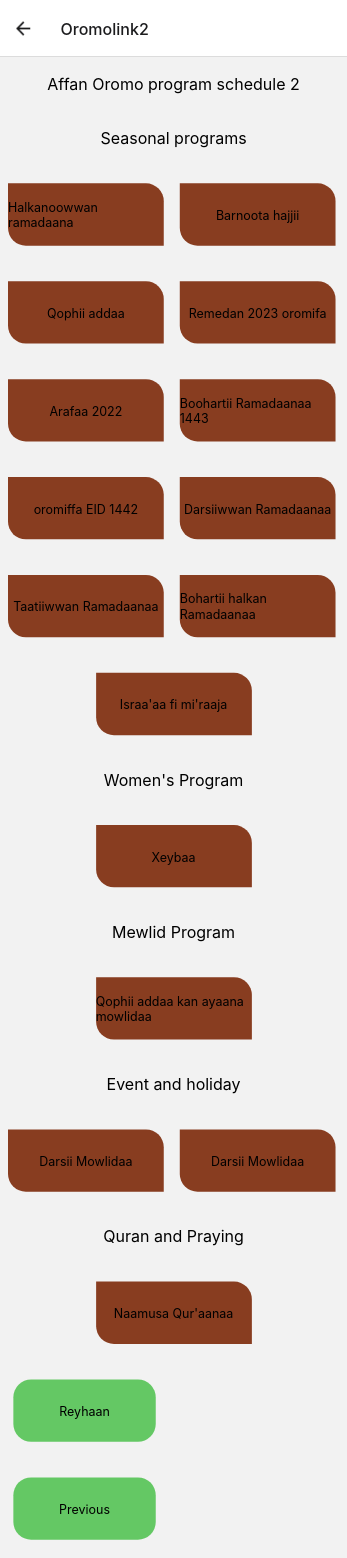
Repository: abdurehmanali611/Assunah_TV
Screen: /Oromolink2
The author's editor kept a copy of each file at every save. The screen is drawn from the files as they stood at one save, then again after the next save.
The pictures are shown at 89% of full size.
The app was drawn by React Native's web renderer in a window 390 px wide. The project was rebuilt for these pictures with package versions that can differ from the ones it lists, and the page was loaded fresh each time. Also part of the build but not shown: Components/Login.js, Components/SignUp.js, Constants/Home.js, Constants/AboutUs.js, Constants/Contacts.js, Constants/AssunahFolder.js, Constants/AssunahKids.js, Constants/AdditionalExtra.js and 28 more.

Above is the screen before, as saved 2023-12-25 11:44:37.

### App.js
import { createStackNavigator } from "@react-navigation/stack";
import { NavigationContainer } from "@react-navigation/native";

import Login from "./Components/Login";
import SignUp from "./Components/SignUp";
import Home from "./Constants/Home";
import AboutUs from "./Constants/AboutUs";
import Contacts from "./Constants/Contacts";
import AssunahFolder from "./Constants/AssunahFolder";
import AssunahKids from "./Constants/AssunahKids";
import AdditionalExtra from "./Constants/AdditionalExtra";
import Qiratcenter from "./Constants/Qiratcenter";
import AmharicPrograms from './Programs/AmharicPrograms'
import ArabicPrograms from './Programs/ArabicPrograms'
import AffanOromo from './Programs/AffanOromo'
import Afar from './Programs/Afar'
import Ethio_Somali from './Programs/Ethio_Somali'
import Gumuz from './Programs/Gumuz'
import Hadere from './Programs/Hadere'
import Halaba from './Programs/Halaba'
import Tigrigna from './Programs/Tigrigna'
import LoginQirat from "./Assunah_Qirat_Center/LoginQirat";
import LoginQirat2 from "./Assunah_Qirat_Center/LoginQirat2";
import Logged from "./Assunah_Qirat_Center/Logged";
import Afarlink from "./Program_Links/Afarlink";
import AffanOromolink from "./Program_Links/AffanOromolink";
import Amhariclink from "./Program_Links/Amhariclink";
import Arabiclink from "./Program_Links/Arabiclink";
import EthioSomalilink from "./Program_Links/EthioSomalilink";
import Gumuzlink from "./Program_Links/Gumuzlink";
import Haderelink from "./Program_Links/Haderelink";
import Halabalink from "./Program_Links/Halabalink";
import Tigraylink from "./Program_Links/Tigraylink";
import Support from "./Additional/Support";
import Help from "./Additional/Help";
import Rate from "./Additional/Rate";
import Amhariclink_2 from "./Program_Links/Amhariclink_2";
import Amhariclink_3 from "./Program_Links/Amhariclink_3";
import Amhariclink_4 from "./Program_Links/Amhariclink_4";
import Amhariclink_5 from "./Program_Links/Amhariclink_5";
import AffanOromolink_2 from "./Program_Links/AffanOromolink_2";

const stack = createStackNavigator();

const App = () => {

  return (
    <NavigationContainer>
      <stack.Navigator initialRouteName="Arabiclink" >
         <stack.Screen name="Log" component={Login}/>
         <stack.Screen name="Sign" component={SignUp}/>
         <stack.Screen name="Home" component={Home}/>
         <stack.Screen name="Qirat" component={Qiratcenter}/>
         <stack.Screen name="About" component={AboutUs}/>
         <stack.Screen name="Contact" component={Contacts}/>
         <stack.Screen name="Assunah" component={AssunahFolder}/>
         <stack.Screen name="Kids" component={AssunahKids}/>
         <stack.Screen name="Extra" component={AdditionalExtra}/>
         <stack.Screen name="Amharic" component={AmharicPrograms}/>
         <stack.Screen name="Arabic" component={ArabicPrograms}/>
         <stack.Screen name="Oromo" component={AffanOromo}/>
         <stack.Screen name="Afar" component={Afar}/>
         <stack.Screen name="Somali" component={Ethio_Somali}/>
         <stack.Screen name="Gumuz" component={Gumuz}/>
         <stack.Screen name="Hadere" component={Hadere}/>
         <stack.Screen name="Halaba" component={Halaba}/>
         <stack.Screen name="Tigray" component={Tigrigna}/>
         <stack.Screen name="Login" component={LoginQirat}/>
         <stack.Screen name="Login2" component={LoginQirat2}/>
         <stack.Screen name="Logged" component={Logged}/>
         <stack.Screen name="Afarlink" component={Afarlink}/>
         <stack.Screen name="Oromolink" component={AffanOromolink}/>
         <stack.Screen name="Oromolink2" component={AffanOromolink_2}/>
         <stack.Screen name="Amhariclink" component={Amhariclink}/>
         <stack.Screen name="Amhariclink2" component={Amhariclink_2}/>
         <stack.Screen name="Amhariclink3" component={Amhariclink_3}/>
         <stack.Screen name="Amhariclink4" component={Amhariclink_4}/>
         <stack.Screen name="Amhariclink5" component={Amhariclink_5}/>
         <stack.Screen name="Arabiclink" component={Arabiclink}/>
         <stack.Screen name="EthioSomalilink" component={EthioSomalilink}/>
         <stack.Screen name="Gumuzlink" component={Gumuzlink}/>
         <stack.Screen name="Haderelink" component={Haderelink}/>
         <stack.Screen name="Halabalink" component={Halabalink}/>
         <stack.Screen name="Tigraylink" component={Tigraylink}/>
         <stack.Screen name="support" component={Support}/>
         <stack.Screen name="help" component={Help}/>
         <stack.Screen name="rate" component={Rate}/>
      </stack.Navigator>
    </NavigationContainer>

  )
};

export default App;

### Program_Links/Arabiclink.js
import React from "react";
import { Linking, TouchableOpacity } from "react-native";
import { StyleSheet } from "react-native";
import { Text } from "react-native";
import { ScrollView } from "react-native";
import { View } from "react-native";

const Arabiclink = ({navigation}) => {

    return <ScrollView>
        <View>
            <Text style = {{fontSize: 19, textAlign: 'center', marginVertical: 20}}>Arabic program schedules</Text>
            <View>
                <Text style = {{fontSize: 19, textAlign: 'center', marginVertical: 20}}>Education</Text>
                <View style = {{display: 'flex', flexDirection: 'row'}}>
                    <TouchableOpacity
                    onPress={() => Linking.openURL('https://www.youtube.com/watch?v=wwrE4c35KCw&list=PLZaq281_mc41jHGAS6xVizSDBtxUEex4w&pp=iAQB')}
                    style = {styles.arabictouch}
                    >
                        <Text>nefaisul muhadera</Text>
                    </TouchableOpacity>
                    <TouchableOpacity
                    onPress={() => Linking.openURL('https://www.youtube.com/watch?v=B_a8F6-2AlI&list=PLZaq281_mc40Sw8Axrq3sesMrpl56hku8&pp=iAQB')}
                    style = {styles.arabictouch}
                    >
                        <Text>idahul meram</Text>
                    </TouchableOpacity>
                </View>
                <View style = {{display: 'flex', flexDirection: 'row'}}>
                    <TouchableOpacity
                    onPress={() => Linking.openURL('https://www.youtube.com/watch?v=GRt5Um3qquw&list=PLZaq281_mc42bRinnXHXSk_bedyyT9PK3&pp=iAQB')}
                    style = {styles.arabictouch}
                    >
                        <Text>al arbeune annewewiyah</Text>
                    </TouchableOpacity>
                    <TouchableOpacity
                    onPress={() => Linking.openURL('https://www.youtube.com/watch?v=FXLMJof53DY&list=PLZaq281_mc43y3T7NP9Q2dZYDFX58Yf-v&pp=iAQB')}
                    style = {styles.arabictouch}
                    >
                        <Text>al burhanul muayed</Text>
                    </TouchableOpacity>
                </View>
                <View style = {{alignItems: 'center'}}>
                    <TouchableOpacity
                    onPress={() => Linking.openURL('https://www.youtube.com/watch?v=YJot9l6jVXo&list=PLZaq281_mc41dQzAuywvX016Tb7Vmct2k&pp=iAQB')}
                    style = {styles.arabictouch}
                    >
                        <Text>nuzhatu attalibin</Text>
                    </TouchableOpacity>
                </View>
            </View>
            <View>
                <Text style = {{fontSize: 19, textAlign: 'center', marginVertical: 20}}>Timely Educations</Text>
                <View style = {{display: 'flex', flexDirection: 'row'}}>
                    <TouchableOpacity
                    onPress={() => Linking.openURL('https://www.youtube.com/watch?v=1FA6FvTgz3A&list=PLZaq281_mc42sotOmsQvvGi46o7zL-WkX&pp=iAQB')}
                    style = {styles.arabictouch}
                    >
                        <Text>nefehatul imaniyah</Text>
                    </TouchableOpacity>
                    <TouchableOpacity
                    onPress={() => Linking.openURL('https://www.youtube.com/watch?v=EEj6cACcXCU&list=PLZaq281_mc40kkMJb5N6C5Ie-rccAqn83&pp=iAQB')}
                    style = {styles.arabictouch}
                    >
                        <Text>Durus we muhaderat</Text>
                    </TouchableOpacity>
                </View>
                <View style = {{alignItems: 'center'}}>
                    <TouchableOpacity
                    onPress={() => Linking.openURL('https://www.youtube.com/watch?v=LcLmztuP1bM&list=PLZaq281_mc425D55WMKcv7PnXeKzDfSMY&pp=iAQB')}
                    style = {styles.arabictouch}
                    >
                        <Text>sheikh walid assemamiah</Text>
                    </TouchableOpacity>
                </View>
            </View>
            <View style = {{display: 'flex'}}>
                    <TouchableOpacity
                    onPress={() => navigation.navigate('Arabic')}
                    style = {styles.arabicnext}
                    >
                        <Text>Previous</Text>
                    </TouchableOpacity>
                </View>
        </View>
    </ScrollView>

}

const randomRGB = () => {

    const red = Math.floor(Math.random() * 256)
    const green = Math.floor(Math.random() * 256)
    const blue = Math.floor(Math.random() * 256)

    return `rgb(${red},${green},${blue})`
}

const styles = StyleSheet.create ({
    arabictouch: {
        marginVertical: 20,
        backgroundColor: randomRGB(),
        width: 175,
        height: 70,
        alignItems: 'center',
        justifyContent: 'center',
        borderTopRightRadius: 30,
        borderBottomLeftRadius: 30,
        marginHorizontal: 8
    },
    arabicnext: {
        marginVertical: 20,
        backgroundColor: `rgb(250,100,100)`,
        width: 175,
        height: 70,
        alignItems: 'center',
        justifyContent: 'center',
        borderTopLeftRadius: 30,
        borderBottomLeftRadius: 30,
        marginHorizontal: 15
    }
})
export default Arabiclink

### Program_Links/AffanOromolink_2.js
import React from "react";
import { Linking, TouchableOpacity } from "react-native";
import { StyleSheet } from "react-native";
import { Text } from "react-native";
import { View } from "react-native";
import { ScrollView } from "react-native";

const AffanOromolink_2 = ({navigation}) => {

    return <ScrollView>
        <View>
        <Text style = {{fontSize: 18, textAlign: 'center', marginVertical: 20}}>Affan Oromo program schedule 2</Text>
            <View>
                <Text style = {{fontSize: 18, textAlign: 'center', marginVertical: 20}}>Seasonal programs</Text>
                <View style = {{display: 'flex', flexDirection: 'row'}}>
                     <TouchableOpacity
                     style = {styles.seasontouch}
                     onPress={() => Linking.openURL('https://www.youtube.com/watch?v=CB2NhV5s1O8&list=PLZaq281_mc42UNgJMpXBTszlYPfxX1o8w&pp=iAQB')}
                     >
                        <Text>Halkanoowwan ramadaana</Text>
                     </TouchableOpacity>
                     <TouchableOpacity
                     style = {styles.seasontouch}
                     onPress={() => Linking.openURL('https://www.youtube.com/watch?v=3lIRjhdCKY8&list=PLZaq281_mc40q4ZP95ol8zbriSoW5UMF-&pp=iAQB')}
                     >
                        <Text>Barnoota hajjii</Text>
                     </TouchableOpacity>
                </View>
                <View style = {{display: 'flex', flexDirection: 'row'}}>
                     <TouchableOpacity
                     style = {styles.seasontouch}
                     onPress={() => Linking.openURL('https://www.youtube.com/watch?v=2Kzc9J1Vzj0&list=PLZaq281_mc413B5zTOTqItqii-_MhZgp2&pp=iAQB')}
                     >
                        <Text>Qophii addaa</Text>
                     </TouchableOpacity>
                     <TouchableOpacity
                     style = {styles.seasontouch}
                     onPress={() => Linking.openURL('https://www.youtube.com/watch?v=x9PVoxC-uyw&list=PLZaq281_mc43zXUr7e0WDtw0jkxe7PMrt&pp=iAQB')}
                     >
                        <Text>Remedan 2023 oromifa</Text>
                     </TouchableOpacity>
                </View>
                <View style = {{display: 'flex', flexDirection: 'row'}}>
                     <TouchableOpacity
                     style = {styles.seasontouch}
                     onPress={() => Linking.openURL('https://www.youtube.com/watch?v=jNuQGte7IHU&list=PLZaq281_mc423tBq1rqGx_ku67GH53KkP&pp=iAQB')}
                     >
                        <Text>Arafaa 2022</Text>
                     </TouchableOpacity>
                     <TouchableOpacity
                     style = {styles.seasontouch}
                     onPress={() => Linking.openURL('https://www.youtube.com/watch?v=m2XTZAh96R4&list=PLZaq281_mc43A0ZA77fRur7RzzZdf_wEM&pp=iAQB')}
                     >
                        <Text>Boohartii Ramadaanaa 1443</Text>
                     </TouchableOpacity>
                </View>
                <View style = {{display: 'flex', flexDirection: 'row'}}>
                     <TouchableOpacity
                     style = {styles.seasontouch}
                     onPress={() => Linking.openURL('https://www.youtube.com/watch?v=w774mcw7IIY&list=PLZaq281_mc42it_yaJsndZTqgNC_b1mD9&pp=iAQB')}
                     >
                        <Text>oromiffa EID 1442</Text>
                     </TouchableOpacity>
                     <TouchableOpacity
                     style = {styles.seasontouch}
                     onPress={() => Linking.openURL('https://www.youtube.com/watch?v=qlilOl6D2yY&list=PLZaq281_mc41CV0U1h8Wd0uiJsWRnwsKR&pp=iAQB')}
                     >
                        <Text>Darsiiwwan Ramadaanaa</Text>
                     </TouchableOpacity>
                </View>
                <View style = {{display: 'flex', flexDirection: 'row'}}>
                     <TouchableOpacity
                     style = {styles.seasontouch}
                     onPress={() => Linking.openURL('https://www.youtube.com/watch?v=pyEBaljlIMQ&list=PLZaq281_mc42OxdBiN5k6v5_ieSfPPLW5&pp=iAQB')}
                     >
                        <Text>Taatiiwwan Ramadaanaa</Text>
                     </TouchableOpacity>
                     <TouchableOpacity
                     style = {styles.seasontouch}
                     onPress={() => Linking.openURL('https://www.youtube.com/watch?v=0prVpslPWRY&list=PLZaq281_mc41Z5-FFovVbKAdS6WPPaUge&pp=iAQB')}
                     >
                        <Text>Bohartii halkan Ramadaanaa</Text>
                     </TouchableOpacity>
                </View>
                <View style = {{alignItems: 'center'}}>
                     <TouchableOpacity
                     style = {styles.seasontouch}
                     onPress={() => Linking.openURL('https://www.youtube.com/watch?v=Oxru4nqPMVg&list=PLZaq281_mc43cbUBEj22-crK1WqDSBd_c&pp=iAQB')}
                     >
                        <Text>Israa'aa fi mi'raaja</Text>
                     </TouchableOpacity>
                </View>
            </View>
            <View>
                <Text style = {{fontSize: 18, textAlign: 'center', marginVertical: 20}}>Women's Program</Text>
                <View style = {{alignItems: 'center'}}>
                     <TouchableOpacity
                     style = {styles.seasontouch}
                     onPress={() => Linking.openURL('https://www.youtube.com/watch?v=U7mReWDj0Y4&list=PLZaq281_mc41-VAtWGdenRno53-xrRTEX&pp=iAQB')}
                     >
                        <Text>Xeybaa</Text>
                     </TouchableOpacity>
                </View>
            </View>
            <View>
                <Text style = {{fontSize: 18, textAlign: 'center', marginVertical: 20}}>Mewlid Program</Text>
                <View style = {{alignItems: 'center'}}>
                     <TouchableOpacity
                     style = {styles.seasontouch}
                     onPress={() => Linking.openURL('https://www.youtube.com/watch?v=cj25t80UjYo&list=PLZaq281_mc41ZmqMAfk5R1rWj7qUcg6PZ&pp=iAQB')}
                     >
                        <Text>Qophii addaa kan ayaana mowlidaa</Text>
                     </TouchableOpacity>
                </View>
            </View>
            <View>
                <Text style = {{fontSize: 18, textAlign: 'center', marginVertical: 20}}>Event and holiday</Text>
                <View style = {{display: 'flex', flexDirection: 'row'}}>
                     <TouchableOpacity
                     style = {styles.seasontouch}
                     onPress={() => Linking.openURL('https://www.youtube.com/watch?v=Fn7xnSQmpdw&list=PLZaq281_mc42rZVq7mTLb0UchSPgydtEH&pp=iAQB')}
                     >
                        <Text>Darsii Mowlidaa</Text>
                     </TouchableOpacity>
                     <TouchableOpacity
                     style = {styles.seasontouch}
                     onPress={() => Linking.openURL('https://www.youtube.com/watch?v=JGYiuu8bTdM&list=PLZaq281_mc413h2bCzuOHWEx7ZFNpG-8Q&pp=iAQB')}
                     >
                        <Text>Darsii Mowlidaa</Text>
                     </TouchableOpacity>
                </View>
            </View>
            <View>
                <Text style = {{fontSize: 18, textAlign: 'center', marginVertical: 20}}>Quran and Praying</Text>
                <View style = {{alignItems: 'center'}}>
                     <TouchableOpacity
                     style = {styles.seasontouch}
                     onPress={() => Linking.openURL('https://www.youtube.com/watch?v=t8VMlaIWrpI&list=PLZaq281_mc42gqCviXm8-trxCH1M8hIIi&pp=iAQB')}
                     >
                        <Text>Naamusa Qur'aanaa</Text>
                     </TouchableOpacity>
                </View>
                <View style = {{display: 'flex', flexDirection: 'row'}}>
                    <TouchableOpacity
                    style = {styles.touch}
                    onPress={() => Linking.openURL('https://www.youtube.com/watch?v=pYFTBMMBdvA&list=PLZaq281_mc41kqVX9iS44oCtkCiimSF0c&pp=iAQB')}
                    >
                        <Text>Reyhaan</Text>
                    </TouchableOpacity>
                </View>
            </View>
            <View style = {{display: 'flex', flexDirection: 'row'}}>
                    <TouchableOpacity
                    style = {styles.touch}
                    onPress={() => navigation.navigate('Oromolink')}
                    >
                        <Text>Previous</Text>
                    </TouchableOpacity>
                </View>
        </View>
    </ScrollView>

}

const randomRGB = () => {

   const red = Math.floor(Math.random() * 256)
   const green = Math.floor(Math.random() * 256)
   const blue = Math.floor(Math.random() * 256)

   return `rgb(${red},${green},${blue})`
}

const styles = StyleSheet.create ({
    seasontouch: {
        marginVertical: 20,
        backgroundColor: randomRGB(),
        width: 175,
        height: 70,
        alignItems: 'center',
        justifyContent: 'center',
        borderBottomLeftRadius: 20,
        borderTopRightRadius: 20,
        marginHorizontal: 9
    },
    touch: {
        marginVertical: 20,
        width: 160,
        height: 70,
        backgroundColor: `rgb(100,200,100)`,
        borderRadius: 20,
        marginHorizontal: 15,
        alignItems: 'center',
        justifyContent: 'center'
    }
})

export default AffanOromolink_2

After the next save:
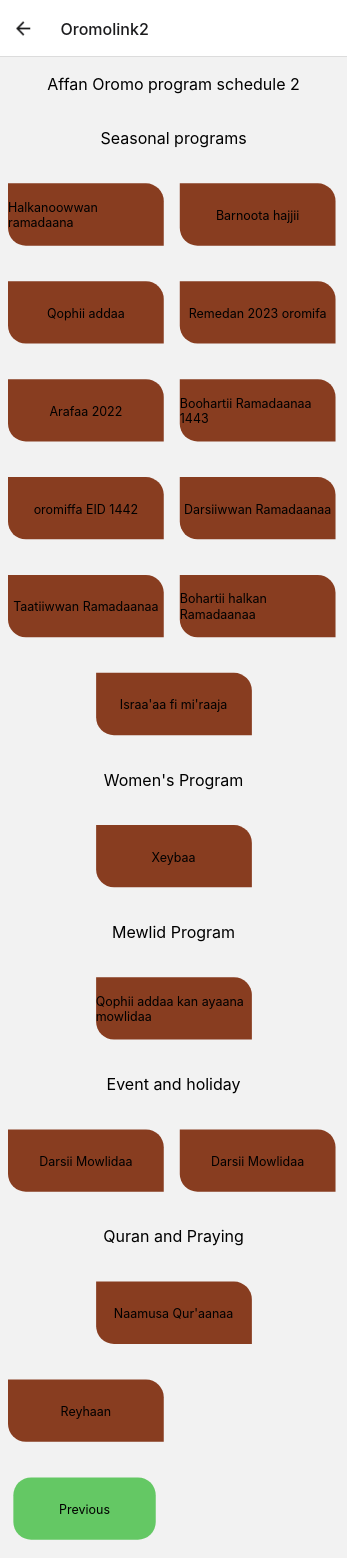
Saved 20 s later.
--- a/Program_Links/AffanOromolink_2.js
+++ b/Program_Links/AffanOromolink_2.js
@@ -142,7 +142,7 @@ const AffanOromolink_2 = ({navigation}) => {
                 </View>
                 <View style = {{display: 'flex', flexDirection: 'row'}}>
                     <TouchableOpacity
-                    style = {styles.touch}
+                    style = {styles.seasontouch}
                     onPress={() => Linking.openURL('https://www.youtube.com/watch?v=pYFTBMMBdvA&list=PLZaq281_mc41kqVX9iS44oCtkCiimSF0c&pp=iAQB')}
                     >
                         <Text>Reyhaan</Text>
